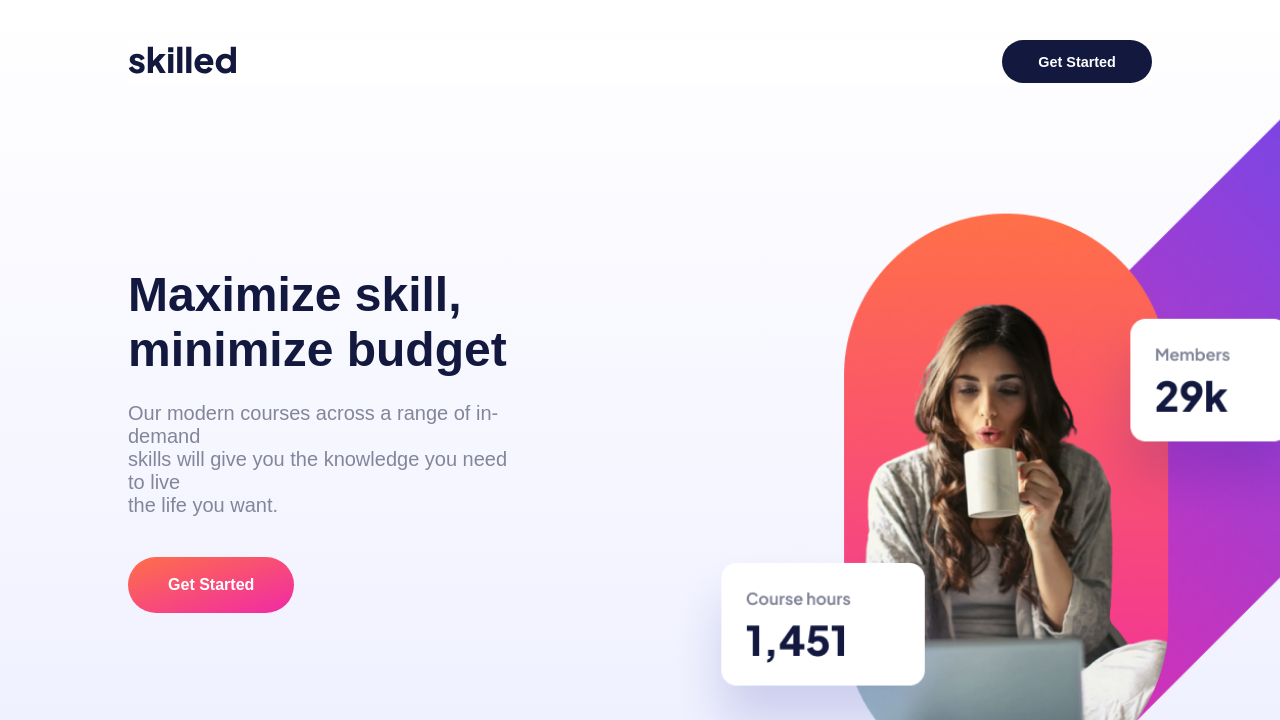
Repository: exe-walt/E-Learning-Landing-Page
Page: index.html
An editor plug-in stored every save of this project. The page is shown before and after the next save, followed by the edit.
The browser window is 1280 px wide. The pictures show the whole page.
An inner scrolling area shows only its first screen. Some web fonts or font styles are not loaded; a fallback is used.

Above is the page before, as saved 2025-05-30 14:35:29.

After the next save:
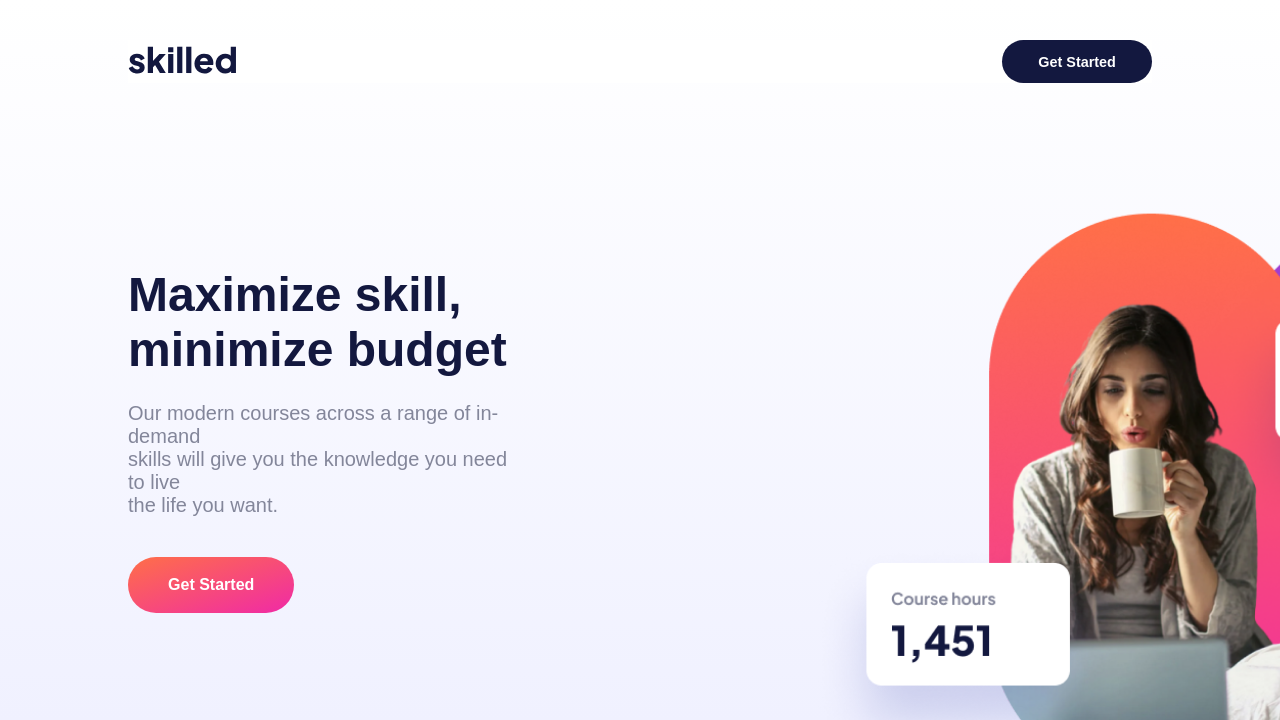
Saved 4 s later.
--- a/css/style.css
+++ b/css/style.css
@@ -118,7 +118,7 @@ html, body {
 
 .img1{
   width: 115%;
-  transform: translate(20%,-40px);
+  transform: translate(40%,-40px);
   position: relative;
   z-index: 2;
 }
